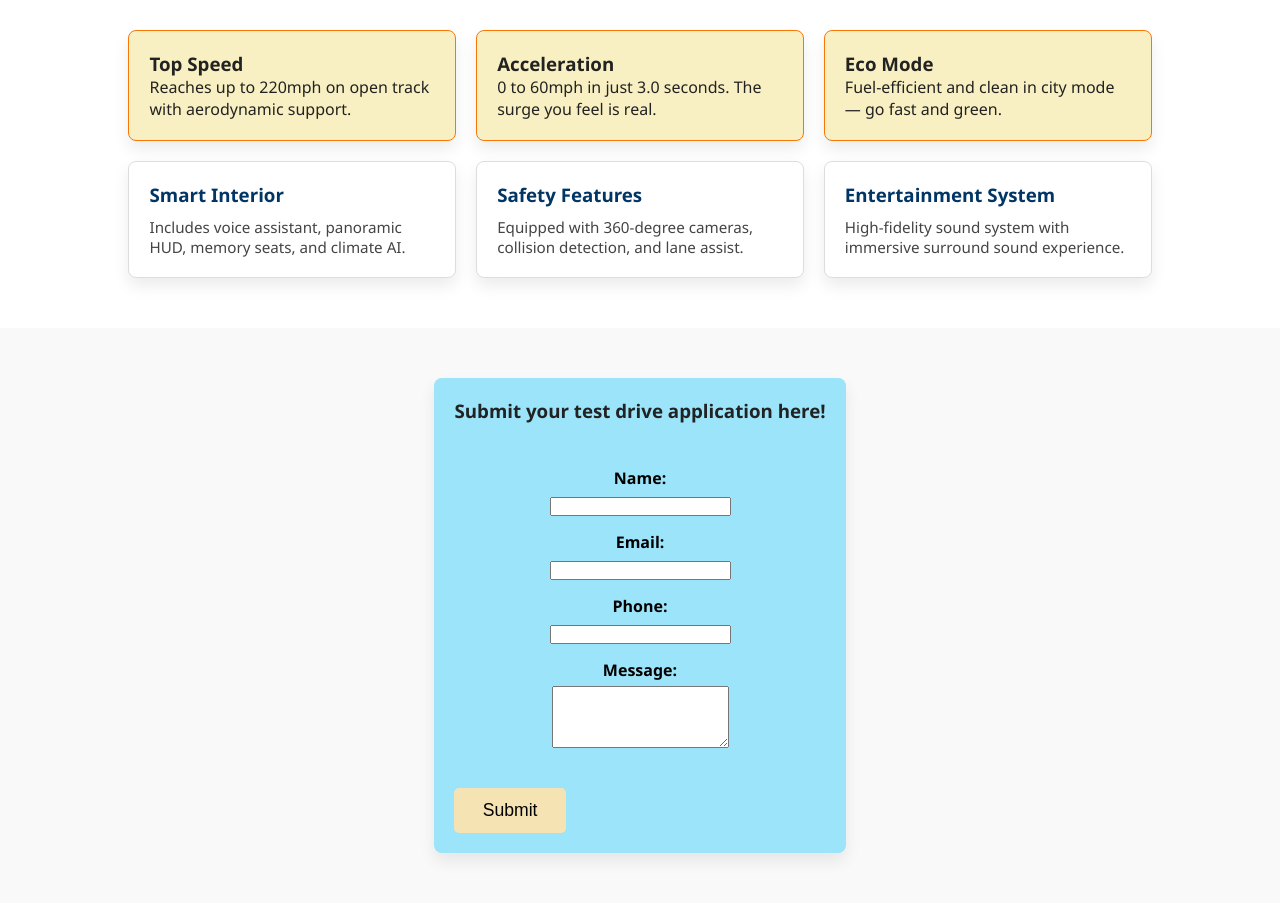
Repository: JiaheSu22/vrooom-responsive-main
Page: index.html
These files come from the project's save history. The page is drawn as it stood at one moment and after the next save; the edit follows.
The browser window is 1280 px wide. The pictures show the part of the page from y = 740 to 1643 px (the page is 1643 px tall).
A picture or video elsewhere on the page could not be fetched, so the positions and the page height are approximate.

Above is the page before, as saved 2025-04-11 15:08:46.

After the next save:
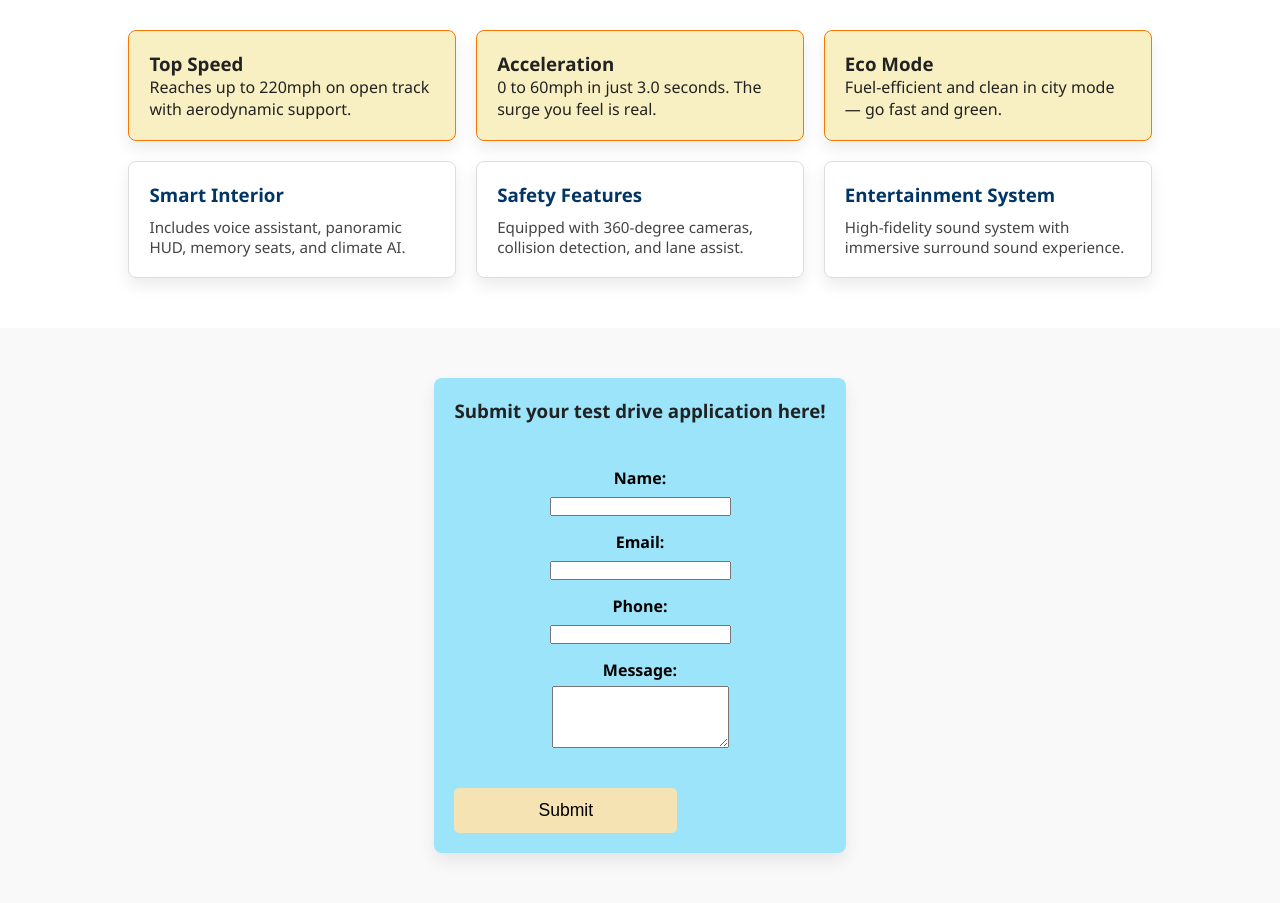
Saved 6 s later.
--- a/index.html
+++ b/index.html
@@ -186,7 +186,7 @@
       border-radius: 5px;
       cursor: pointer;
       font-size: 1.1em;
-      width: 30%;
+      width: 60%;
       margin-top: 20px;
       transition: background 0.3s ease;
     }
